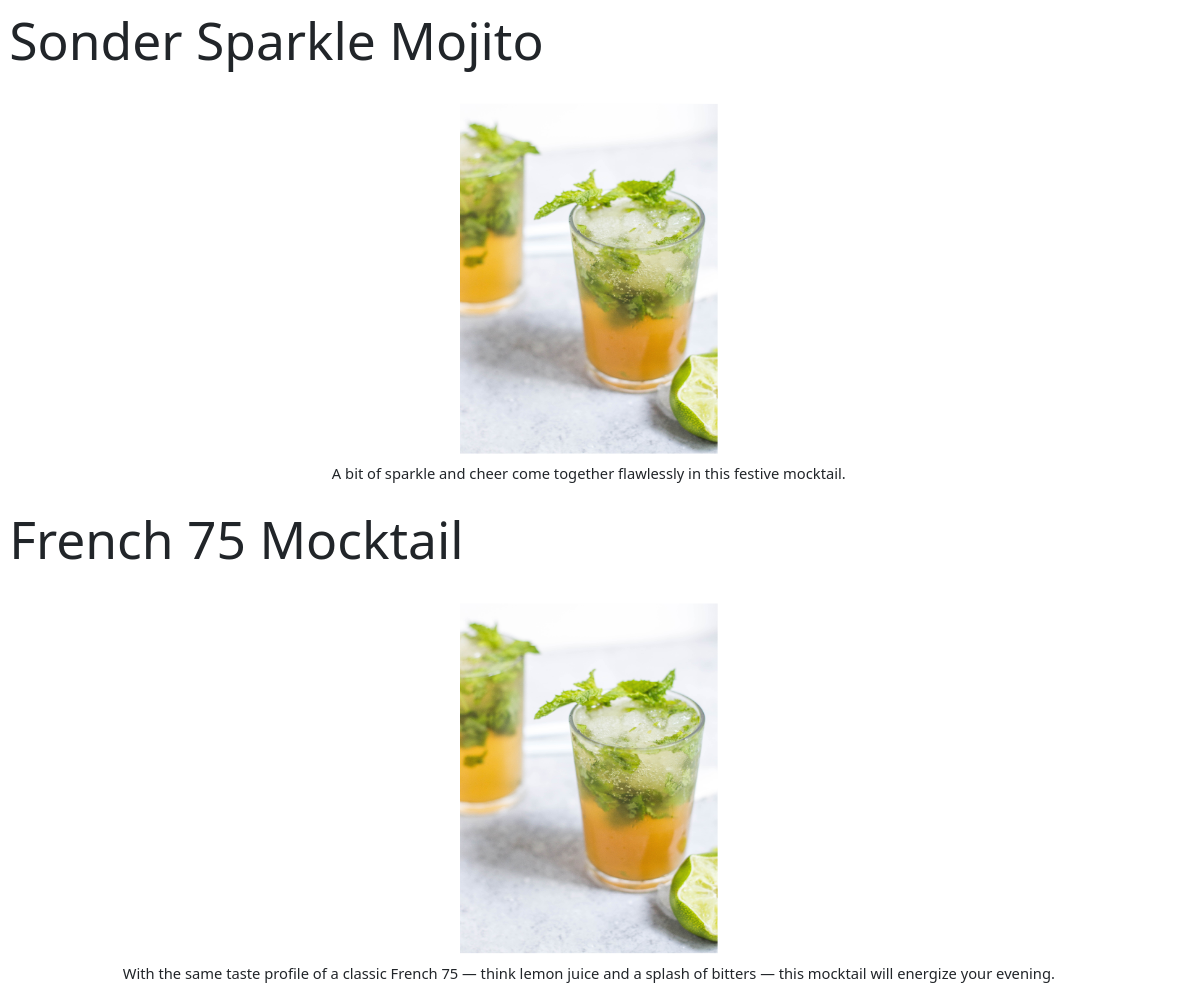
Repository: Flatbook/sliced_bread
Page: http://localhost/
An editor plug-in stored every save of this project. The page is shown before and after the next save, followed by the edit.
The browser window is 1280 px wide. The pictures show the whole page, at 92% of full size.
Some web libraries are served in a nearby version. The page is served by the project's application, run on Flask 3 (app.py).

Above is the page before, as saved 2021-05-15 23:25:07.

After the next save:
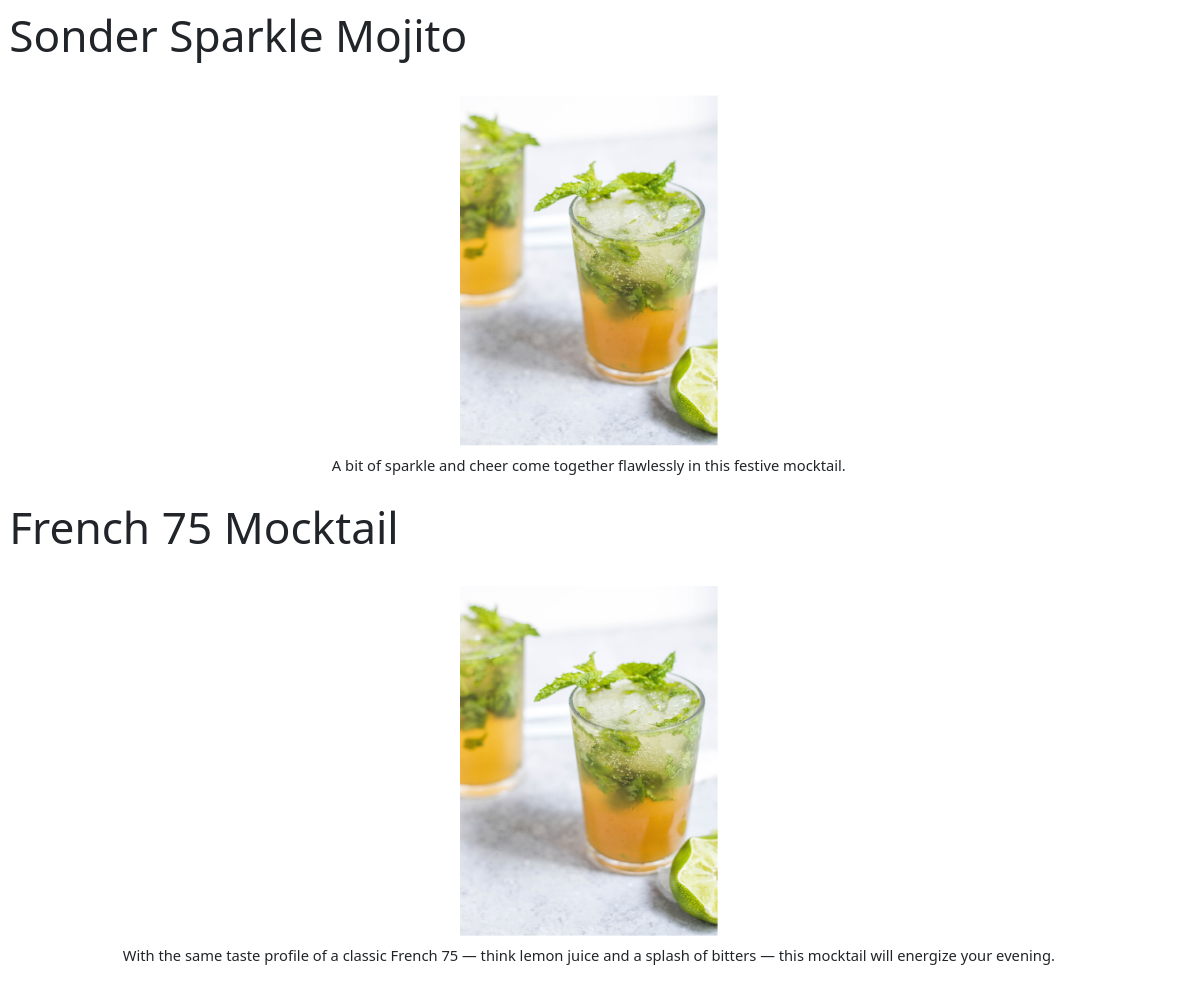
Saved 10 s later.
--- a/flask_project/templates/home.html
+++ b/flask_project/templates/home.html
@@ -1,7 +1,7 @@
 {% extends "layout.html" %}
 {% block content %}
     {% for drink in drinks %}
-        <p class="display-4" style="padding: 10px 10px">{{drink.title}}</p>
+        <p class="display-5" style="padding: 10px 10px">{{drink.title}}</p>
         <img src="{{ user_image }}" width="300" height="400" class="mx-auto d-block" style="padding: 10px 10px"/>
 
         <p style="text-align: center" >{{drink.description}}</p>
